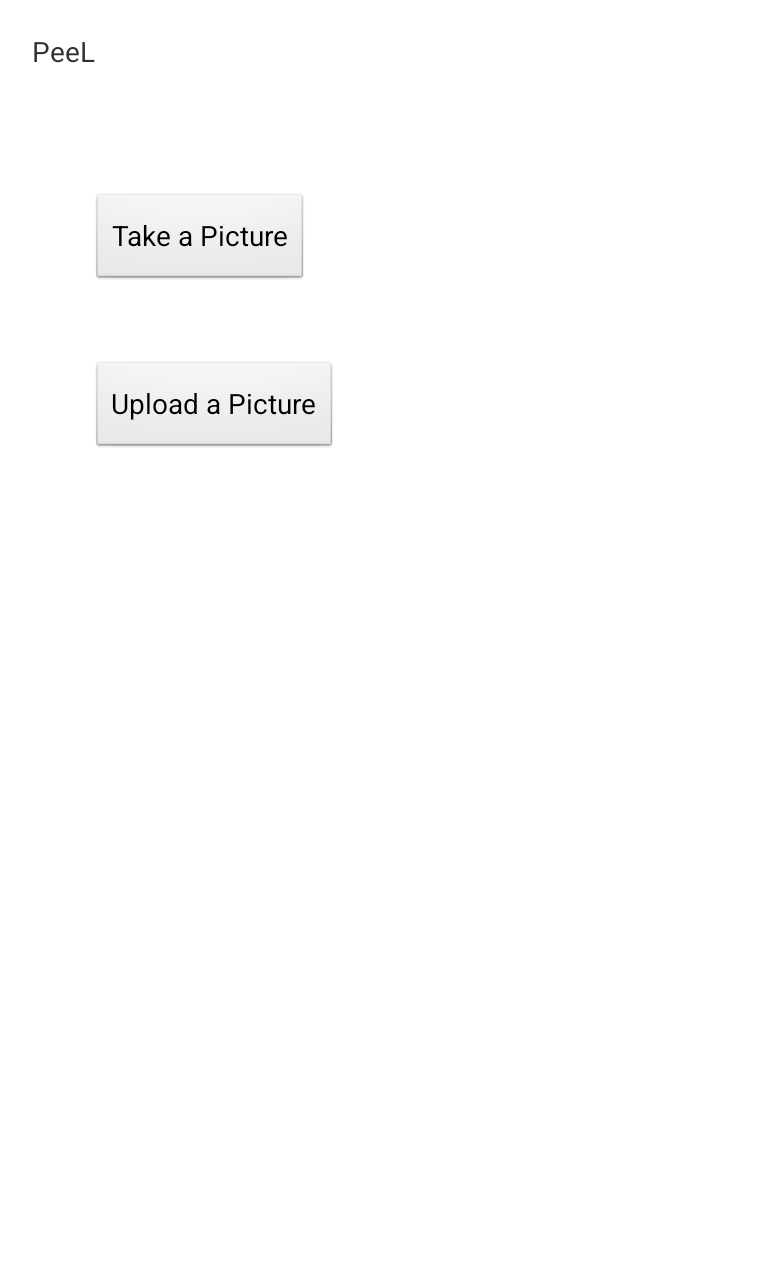
Repository: Hawaiii/filterapp
Layout: android/Filter/res/layout/activity_main.xml
These files come from the project's save history. The layout is drawn as it stood at one moment and after the next save; the edit follows.
It is drawn on a 768 x 1280 px phone screen (xhdpi) without system bars, with theme AppTheme; the app's code is not run.

Above is the layout before, as saved 2015-01-31 20:10:08.

After the next save:
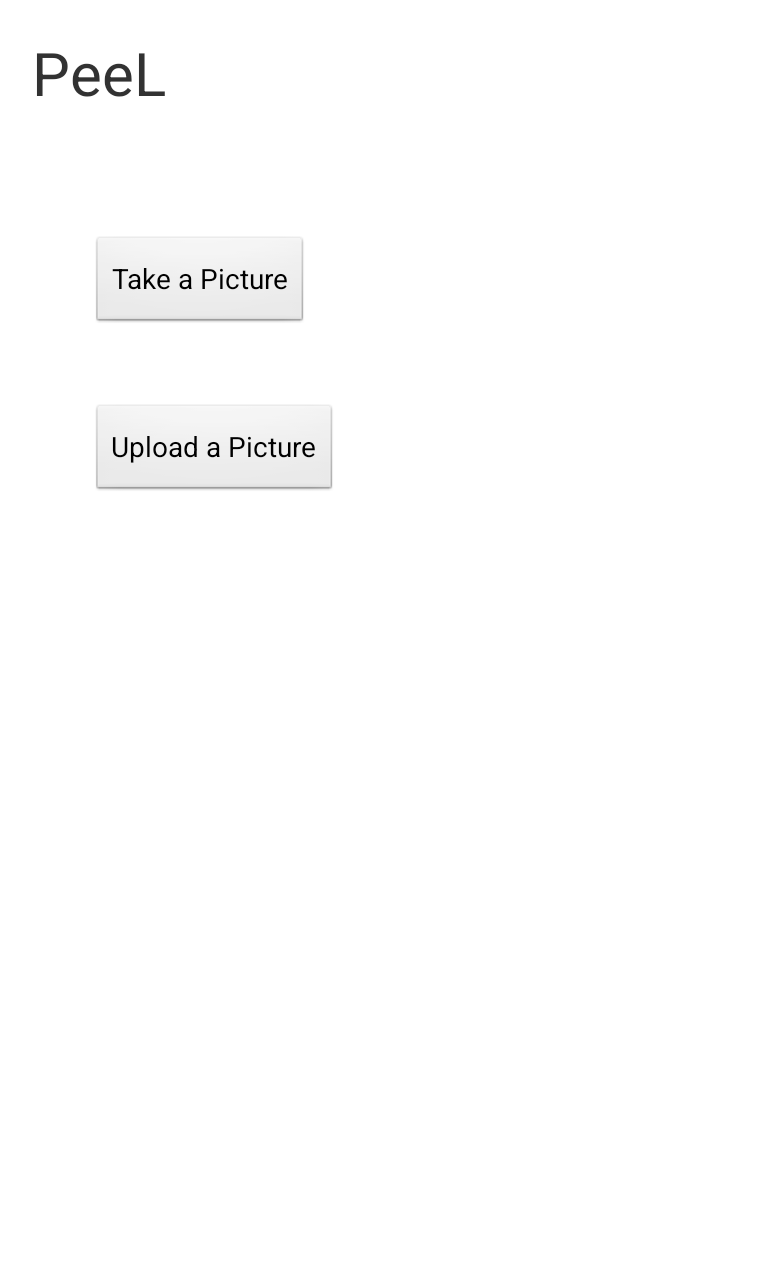
Saved 9 s later.
--- a/android/Filter/res/layout/activity_main.xml
+++ b/android/Filter/res/layout/activity_main.xml
@@ -12,7 +12,8 @@
         android:id="@+id/textView1"
         android:layout_width="wrap_content"
         android:layout_height="wrap_content"
-        android:text="PeeL" />
+        android:text="PeeL"
+        android:textSize = "30dp" />
 
     <Button
         android:id="@+id/camera"
